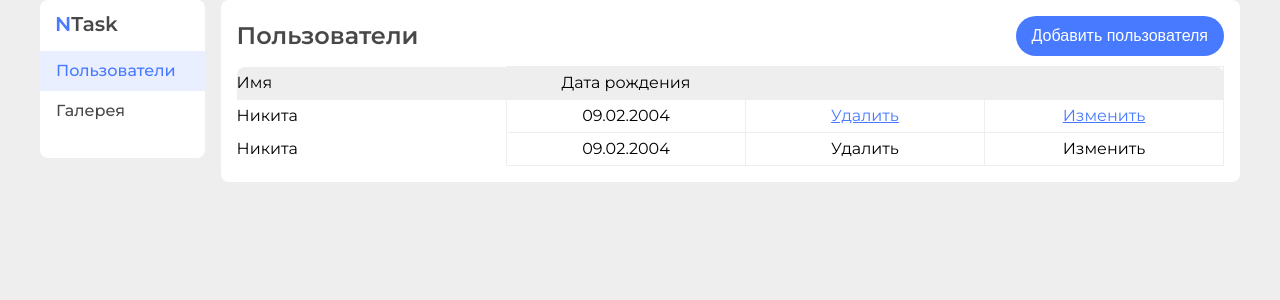
Repository: Grid-Master/NTask
Page: /
The author's editor kept a copy of each file at every save. The page is drawn from the files as they stood at one save, then again after the next save.
The browser window is 1280 px wide. The pictures show the whole page.
The project was rebuilt for these pictures with package versions that can differ from the ones it lists, and the page was loaded fresh each time.

Above is the page before, as saved 2023-06-05 09:39:13.

### public/index.html
<!DOCTYPE html>
<html lang="en">
  <head>
    <meta charset="utf-8" />
    <link rel="icon" href="%PUBLIC_URL%/favicon.ico" />
    <meta name="viewport" content="width=device-width, initial-scale=1" />
    <meta name="theme-color" content="#000000" />
    <meta name="description" content="Web site created using create-react-app" />
    <link rel="apple-touch-icon" href="%PUBLIC_URL%/logo192.png" />
    <link rel="preconnect" href="https://fonts.googleapis.com" />
    <link rel="preconnect" href="https://fonts.gstatic.com" crossorigin />
    <link
      href="https://fonts.googleapis.com/css2?family=Montserrat:wght@300;400;500;600;700&display=swap"
      rel="stylesheet" />
    <link rel="manifest" href="%PUBLIC_URL%/manifest.json" />
    <title>React App</title>
  </head>
  <body>
    <noscript>You need to enable JavaScript to run this app.</noscript>
    <div id="root"></div>
  </body>
</html>

### src/index.css
html, body, div, span, applet, object, iframe,
h1, h2, h3, h4, h5, h6, p, blockquote, pre,
a, abbr, acronym, address, big, cite, code,
del, dfn, em, img, ins, kbd, q, s, samp,
small, strike, strong, sub, sup, tt, var,
b, u, i, center,
dl, dt, dd, ol, ul, li,
fieldset, form, label, legend,
table, caption, tbody, tfoot, thead, tr, th, td,
article, aside, canvas, details, embed,
figure, figcaption, footer, header, hgroup,
menu, nav, output, ruby, section, summary,
time, mark, audio, video {
	margin: 0;
	padding: 0;
	border: 0;
	font-size: 100%;
	font: inherit;
	vertical-align: baseline;
}
/* HTML5 display-role reset for older browsers */
article, aside, details, figcaption, figure,
footer, header, hgroup, menu, nav, section {
	display: block;
}
body {
	line-height: 1;
}
ol, ul {
	list-style: none;
}
blockquote, q {
	quotes: none;
}
blockquote:before, blockquote:after,
q:before, q:after {
	content: '';
	content: none;
}
table {
	border-collapse: collapse;
}
body {
  margin: 0;
  font-family: Montserrat;
  background: #EEEEEE;
  max-width: 1200px;
  margin: 0 auto;

}

code {
  font-family: source-code-pro, Menlo, Monaco, Consolas, 'Courier New',
    monospace;
}

### src/App.tsx
import './App.css';
import Navbar from './components/navabar/Navbar';
import UserList from './components/userList/UserList';

function App() {
  return (
    <div className="App">
      <Navbar />
      <UserList />
    </div>
  );
}

export default App;

### src/App.css
.App {
  display: flex;
  align-items:start;
  gap: 16px;
}

### src/components/navabar/Navbar.tsx
import { FC } from 'react';
import './navbar.sass';
const logo = require('../../images/logo.png');

const Navbar: FC = () => {
  return (
    <div className="navbar">
      <div className="navbar__imagecontainer">
        <img src={logo} alt="logo" />
      </div>
      <div className="navbar__item navbar__active">Пользователи</div>
      <div className="navbar__item">Галерея</div>
    </div>
  );
};

export default Navbar;

### src/components/userList/UserList.tsx
import React, { FC } from 'react';
import './userList.sass';

const UserList: FC = () => {
  return (
    <div className="userList">
      <div>
        <h1 className="userList__title">Пользователи</h1>
        <button className="userList__addUserBtn">Добавить пользователя</button>
      </div>
      <table className="userList__table">
        <tr className="userList__table-info">
          <td>Имя</td>
          <td>Дата рождения</td>
          <td></td>
          <td></td>
        </tr>
        <tr>
          <td>Никита</td>
          <td>09.02.2004</td>
          <td className="userList__table-btn">Удалить</td>
          <td className="userList__table-btn">Изменить</td>
        </tr>
        <tr>
          <td>Никита</td>
          <td>09.02.2004</td>
          <td>Удалить</td>
          <td>Изменить</td>
        </tr>
      </table>
    </div>
  );
};

export default UserList;

### src/components/navabar/navbar.sass
.navbar
    width: 200px
    height: 158px
    background: #FFFFFF
    border-radius: 8px
    &__imagecontainer
        padding: 16px 0
        margin-left: 16px
    &__item
        padding: 8px 16px
        cursor: pointer
        font-weight: 500
        font-size: 16px
        line-height: 150%
        color: #484848
    &__active
        background: #E9EFFF
        color: #477AFF

### src/components/userList/userList.sass
.userList
    width: 100%
    background: #FFFFFF
    border-radius: 8px
    padding: 16px
    >div
        display: flex
        align-items: center
        justify-content: space-between
    &__title
        font-weight: 600
        font-size: 24px
        line-height: 150%
        color: #484848
    &__addUserBtn
        font-weight: 500
        font-size: 16px
        line-height: 100%
        color: #FFFFFF
        background: #477AFF
        border-radius: 20px
        padding: 12px 16px
        border: none
        outline: none
        cursor: pointer
        transition: .3s
        &:hover
            opacity: .8
    &__table
        margin-top: 10px
        border-radius: 8px
        width: 100%
        border-radius: 8px
        td:not(:first-child)
            border: 1px solid #EEEEEE
            width: 238px
            text-align: center
            padding: 8px 0
        &-info
            background-color: #EEEEEE
        &-btn
            cursor: pointer
            text-decoration-line: underline
            color: #477AFF
            transition: .2s
            &:hover
                opacity: .8
        tr:first-child td:first-child
            border-top-left-radius: 8px
        tr:first-child td:last-child
            border-top-right-radius: 8px

Loaded but not shown: src/index.tsx (common file)

After the next save:
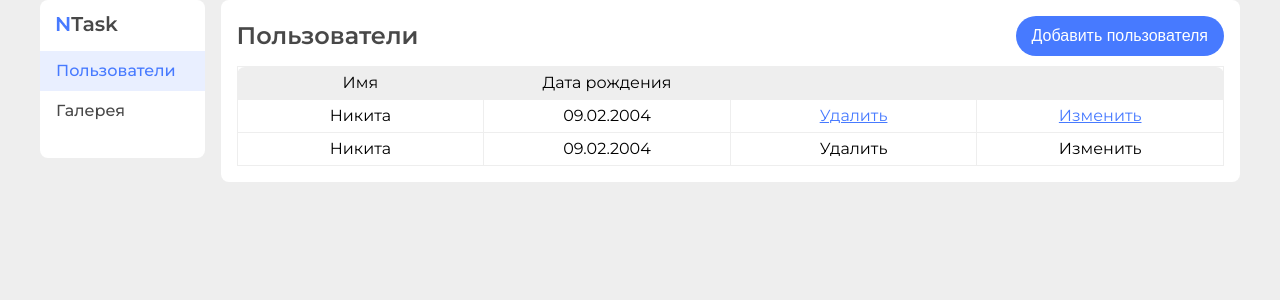
Saved 7 s later.
--- a/src/components/userList/userList.sass
+++ b/src/components/userList/userList.sass
@@ -31,7 +31,7 @@
         border-radius: 8px
         width: 100%
         border-radius: 8px
-        td:not(:first-child)
+        td
             border: 1px solid #EEEEEE
             width: 238px
             text-align: center
